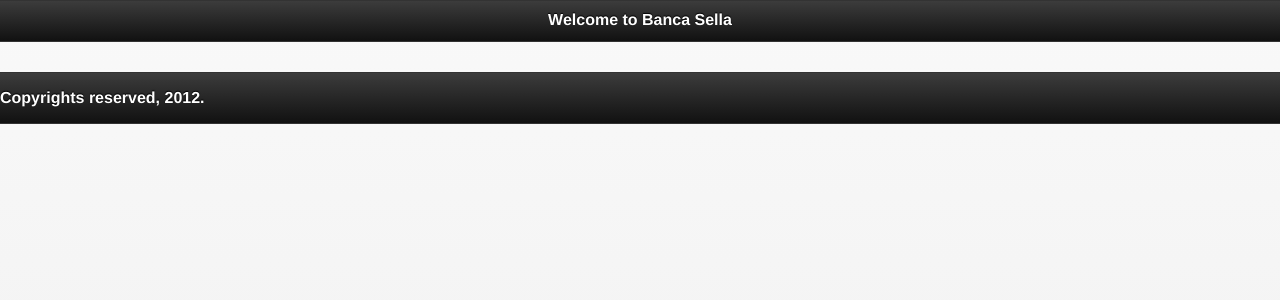
Repository: ravinforu/HTML5_CSS3_JS_Frameworks_Jul_2012-1
Page: Day03/WebContent/lab07.html
These files come from the project's save history. The page is drawn as it stood at one moment and after the next save; the edit follows.
The browser window is 1280 px wide. The pictures show the whole page.

Above is the page before, as saved 2012-07-27 04:43:24.

### Day03/WebContent/lab07.html
<!DOCTYPE html>
<html>
<head>
	<link rel="stylesheet" href="jquery.mobile-1.1.1.css">
	<script src="jquery-1.7.2.js"></script>
	<script src="jquery.mobile-1.1.1.js"></script>
</head>
<body>
	<div data-role="page" id="loginScreen">
		<div data-role="header">
			<h1>Welcome to Banca Sella</h1>
		</div>
		<div data-role="content">

		</div>
		<div data-role="footer">
			<p>Copyrights reserved, 2012.</p>
		</div>
	</div>
	<div data-role="page" id="countriesScreen">
		<div data-role="header">
			<h1></h1>
		</div>
		<div data-role="content"></div>
		<div data-role="footer">
			<p>Copyrights reserved, 2012.</p>
		</div>
	</div>
	<div data-role="page" id="citiesScreen">
		<div data-role="header">
			<h1></h1>
		</div>
		<div data-role="content"></div>
		<div data-role="footer">
			<p>Copyrights reserved, 2012.</p>
		</div>
	</div>
</body>
</html>

Loaded but not shown: Day03/WebContent/jquery.mobile-1.1.1.css (library); Day03/WebContent/jquery-1.7.2.js (library); Day03/WebContent/jquery.mobile-1.1.1.js (library)

After the next save:
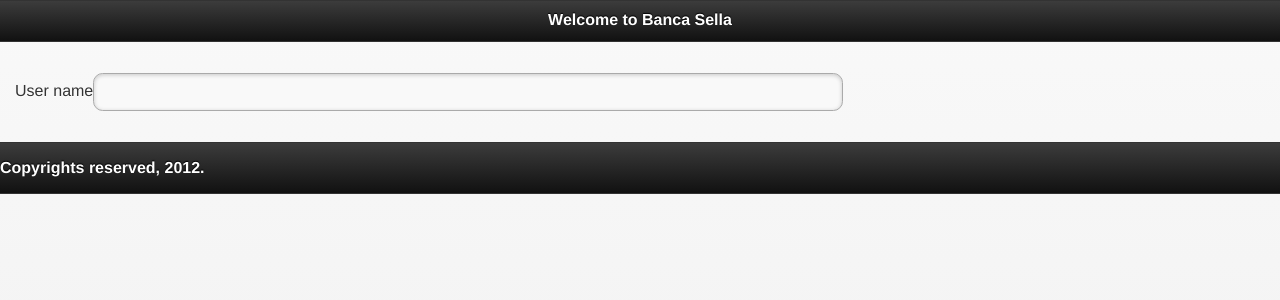
Saved 28 s later.
--- a/Day03/WebContent/lab07.html
+++ b/Day03/WebContent/lab07.html
@@ -11,7 +11,10 @@
 			<h1>Welcome to Banca Sella</h1>
 		</div>
 		<div data-role="content">
-
+			<div data-role="fieldcontain">
+				<label>User name</label>
+				<input type="text" id="userNameText">
+			</div>
 		</div>
 		<div data-role="footer">
 			<p>Copyrights reserved, 2012.</p>
